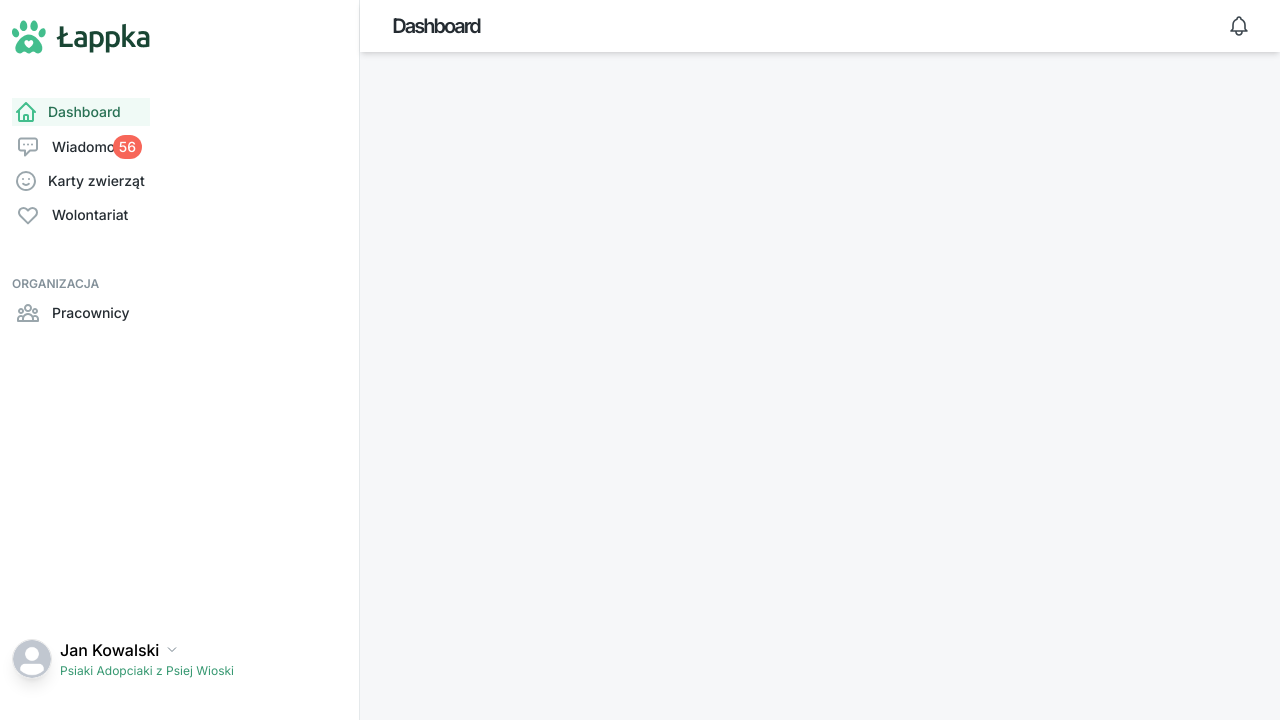
Repository: michalmilek/lappka
Page: /dashboard
The author's editor kept a copy of each file at every save. The page is drawn from the files as they stood at one save, then again after the next save.
The browser window is 1280 px wide. The pictures show the whole page.
The project was rebuilt for these pictures with package versions that can differ from the ones it lists, and the page was loaded fresh each time. Also part of the build but not shown: src/components/customComponents/FormInput.tsx, src/components/customComponents/Button.tsx, src/components/LoginForm.tsx, src/components/Form/Form.tsx, src/pages/Login.tsx.

Above is the page before, as saved 2023-03-28 13:14:56.

### src/index.tsx
import React from 'react';
import ReactDOM from 'react-dom/client';
import './index.css';
import reportWebVitals from "./reportWebVitals";
import { RouterProvider, createBrowserRouter } from "react-router-dom";
import { ROUTES } from "./router/routes";
import Dashboard from "./pages/Dashboard";
import Login from "./pages/Login";

const router = createBrowserRouter([
  {
    path: ROUTES.HOME,
    element: <Login />,
  },
  {
    path: ROUTES.DASHBOARD,
    element: <Dashboard />,
  },
  /*   {
    path: ROUTES.ANIMALSCARDS,
    element: <LoginSite />,
  }, */
]);

const root = ReactDOM.createRoot(
  document.getElementById("root") as HTMLElement
);
root.render(
  <React.StrictMode>
    <RouterProvider router={router} />
  </React.StrictMode>
);

// If you want to start measuring performance in your app, pass a function
// to log results (for example: reportWebVitals(console.log))
// or send to an analytics endpoint. Learn more: https://bit.ly/CRA-vitals
reportWebVitals();

### src/index.css
@import url(https://fonts.googleapis.com/css?family=Inter:100,200,300,regular,500,600,700,800,900);

@tailwind base;
@tailwind components;
@tailwind utilities;


@layer base {
    *{
        @apply font-Inter
    }
}


@layer components {
    .hoverEffect{
        @apply hover:scale-105 transition-all duration-200 active:scale-95
    }

    .loginButton{
        @apply w-full bg-Primary/PR600 text-lightGray5 font-medium rounded-lg py-2 px-2
    }
    .registerButton{
        @apply w-full bg-white border border-Primary/PR100 text-darkGray2 font-medium rounded-lg py-2 px-2 shadow-registerBtn
    }

    .listLink {
        @apply flex gap-3 items-center tracking-veryVeryTight text-darkGray2 text-sm font-medium px-1 py-1 hover:cursor-pointer transition-all duration-300 hover:bg-gray-200 w-full
    }
}

### src/router/routes.ts
export const ROUTES = {
  HOME: "/",
  DASHBOARD: "/dashboard",
  ANIMALSCARDS: "/animals-cards",
};

### src/pages/Dashboard.tsx
import React from "react";
import Header from "../components/Header";
import Sidebar from "../components/Sidebar/Sidebar";

const Dashboard = () => {
  return (
    <main className="flex">
      <Sidebar />
      <div className="w-full bg-lightGray5">
        <Header />
      </div>
    </main>
  );
};

export default Dashboard;

### src/components/Header.tsx
import React from "react";
import { ReactComponent as BellIcon } from "./icons/Bell.svg";

const Header = () => {
  return (
    <header className="w-full flex justify-between items-center px-8 py-3 shadow-md bg-white">
      <h1 className="font-semibold text-xl -tracking-widest text-darkGray2">
        Dashboard
      </h1>
      <BellIcon />
    </header>
  );
};

export default Header;

### src/components/Sidebar/Sidebar.tsx
import React, { useState } from "react";
import Logo from "./Logo.png";
import { ReactComponent as HomeIcon } from "./icons/Vector.svg";
import { ReactComponent as MessageIcon } from "./icons/Messages.svg";
import { ReactComponent as AnimalsCards } from "./icons/AnimalsCards.svg";
import { ReactComponent as HeartIcon } from "./icons/Heart.svg";
import { ReactComponent as EmployeesIcon } from "./icons/Workers.svg";
import { ReactComponent as ArrowIcon } from "./icons/Arrow.svg";
import { AnimatePresence, motion as m } from "framer-motion";

const UserMenu = ["test1", "test2", "test3", "test4"];

const Sidebar = () => {
  const [isOpen, setIsOpen] = useState(false);
  return (
    <nav className="border-r border-lightGray3 shadow-md overflow-y-hidden whitespace-nowrap">
      <div className="px-3 py-5 pb-10 min-h-screen flex flex-col min-w-[500px] justify-between items-start">
        <div className="flex flex-col items-start justify-start gap-11">
          <img
            src={Logo}
            alt="Logo"
          />

          <ul className="flex flex-col items-start justify-center gap-1 w-full">
            <li className="listLink bg-bgGreen !text-Primary/PR700">
              <HomeIcon /> Dashboard
            </li>
            <li className="listLink relative">
              <MessageIcon /> Wiadomości
              <span className="absolute text-sm right-2 bg-orange flex justify-center items-center top-[50%] translate-y-[-50%] rounded-xl p-[2px] px-[6px] text-white">
                56
              </span>
            </li>
            <li className="listLink">
              <AnimalsCards /> Karty zwierząt
            </li>
            <li className="listLink">
              <HeartIcon /> Wolontariat
            </li>
          </ul>

          <div className="flex flex-col items-start justify-center gap-1 w-full">
            <p className="uppercase text-[12px] text-midGray3 font-semibold mb-0">
              Organizacja
            </p>
            <ul className="w-full flex flex-col">
              <li className="listLink">
                <EmployeesIcon /> Pracownicy
              </li>
            </ul>
          </div>
        </div>
        <div className="flex flex-col gap-4">
          <div className="flex gap-2 items-center justify-center">
            <img
              className="w-10 h-10 rounded-full border-opacity01 border shadow-lg"
              src="data:[embedded picture, 3758 characters]"
              alt="avatar"
            />

            <div
              className="flex flex-col items-start justify-center cursor-pointer"
              onClick={() => setIsOpen((prev) => !prev)}>
              <h4 className="flex items-center gap-2 font-medium tracking-veryVeryTight">
                Jan Kowalski{" "}
                <ArrowIcon
                  className={`${
                    isOpen ? "rotate-180" : null
                  } transition-all duration-200`}
                />
              </h4>
              <p className="text-Primary/PR600 text-[12px]">
                Psiaki Adopciaki z Psiej Wioski
              </p>
            </div>
          </div>
          <AnimatePresence>
            {isOpen && (
              <m.ul
                initial={{
                  height: 0,
                  opacity: 0,
                }}
                animate={{
                  height: "auto",
                  opacity: 1,
                }}
                exit={{
                  height: 0,
                  opacity: 0,
                }}
                transition={{
                  type: "tween",
                  ease: "easeIn",
                  stiffness: 100,
                }}>
                {UserMenu.map((item: string) => (
                  <li
                    className="listLink"
                    key={item}>
                    {item}
                  </li>
                ))}
              </m.ul>
            )}
          </AnimatePresence>
        </div>
      </div>
    </nav>
  );
};

export default Sidebar;

### tailwind.config.js
/** @type {import('tailwindcss').Config} */
module.exports = {
  content: ["./src/**/*.{js,jsx,ts,tsx}"],
  theme: {
    extend: {
      colors: {
        "Primary/PR600": "#369871",
        "Primary/PR100": "#E1F5ED",
        "Primary/PR500": "#43BE8D",
        "Primary/PR700": "#287154",
        orange: "#F76659",
        bgGreen: "#F0FAF6",
        "Primary/PR800": "#205B43",
        midGray2: "#6E7C87",
        lightGray1: "#D5DADD",
        lightGray3: "#E5E9EB",
        lightGray4: "#EEF0F2",
        lightGray5: "#F6F7F9",
        midGray5: "#B0BABF",
        midGray4: "#9AA6AC",
        midGray3: "#84919A",
        darkGray2: "#252C32",
      },
      fontFamily: {
        Inter: ["Inter", "sans-serif"],
      },
      letterSpacing: {
        veryTight: "-.006em",
        veryVeryTight: "-0.003em",
        wide18em: "0.018em",
      },
      boxShadow: {
        registerBtn: "0px 1px 2px rgba(16, 24, 40, 0.05)",
      },
      borderColor: {
        opacity01: "rgba(0, 0, 0, 0.1)",
      },
    },
  },
  plugins: [require("@tailwindcss/forms")],
};

Loaded but not shown: public/index.html (common file); src/reportWebVitals.ts (common file)

After the next save:
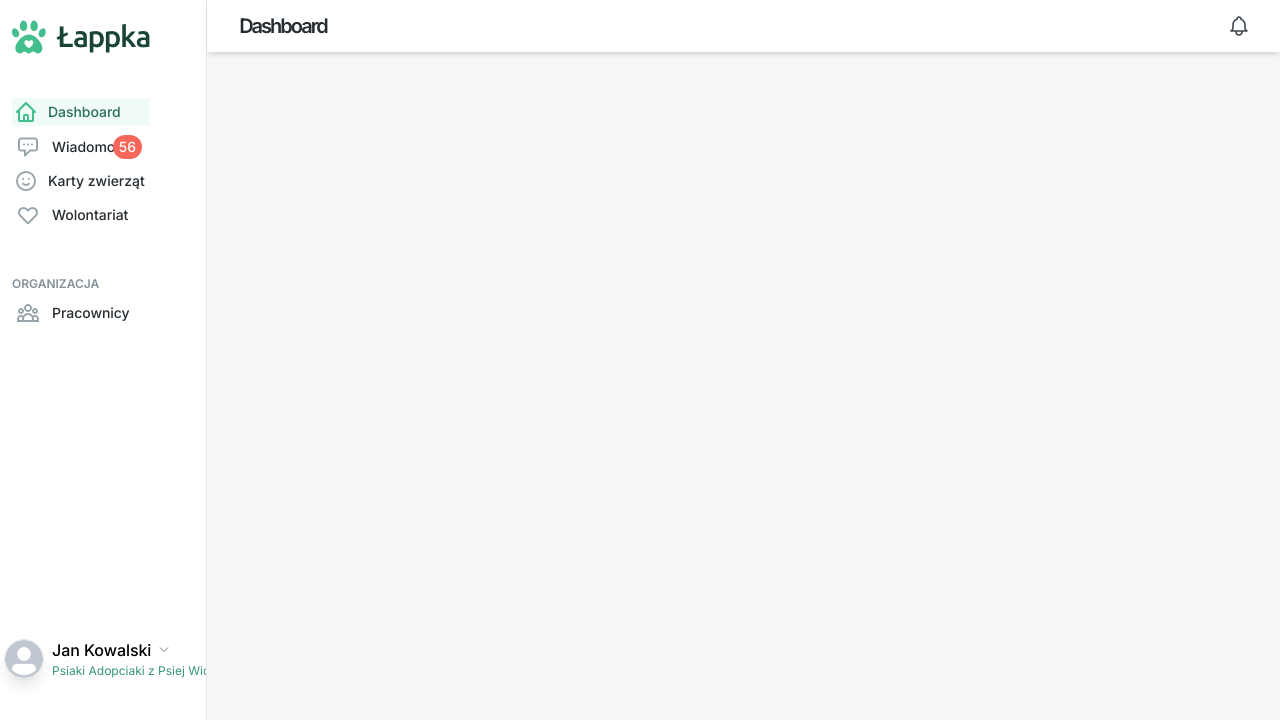
Saved 6 s later.
--- a/src/components/Sidebar/Sidebar.tsx
+++ b/src/components/Sidebar/Sidebar.tsx
@@ -14,7 +14,7 @@ const Sidebar = () => {
   const [isOpen, setIsOpen] = useState(false);
   return (
     <nav className="border-r border-lightGray3 shadow-md overflow-y-hidden whitespace-nowrap">
-      <div className="px-3 py-5 pb-10 min-h-screen flex flex-col min-w-[500px] justify-between items-start">
+      <div className="px-3 py-5 pb-10 min-h-screen flex flex-col min-w-[230px] justify-between items-start">
         <div className="flex flex-col items-start justify-start gap-11">
           <img
             src={Logo}
